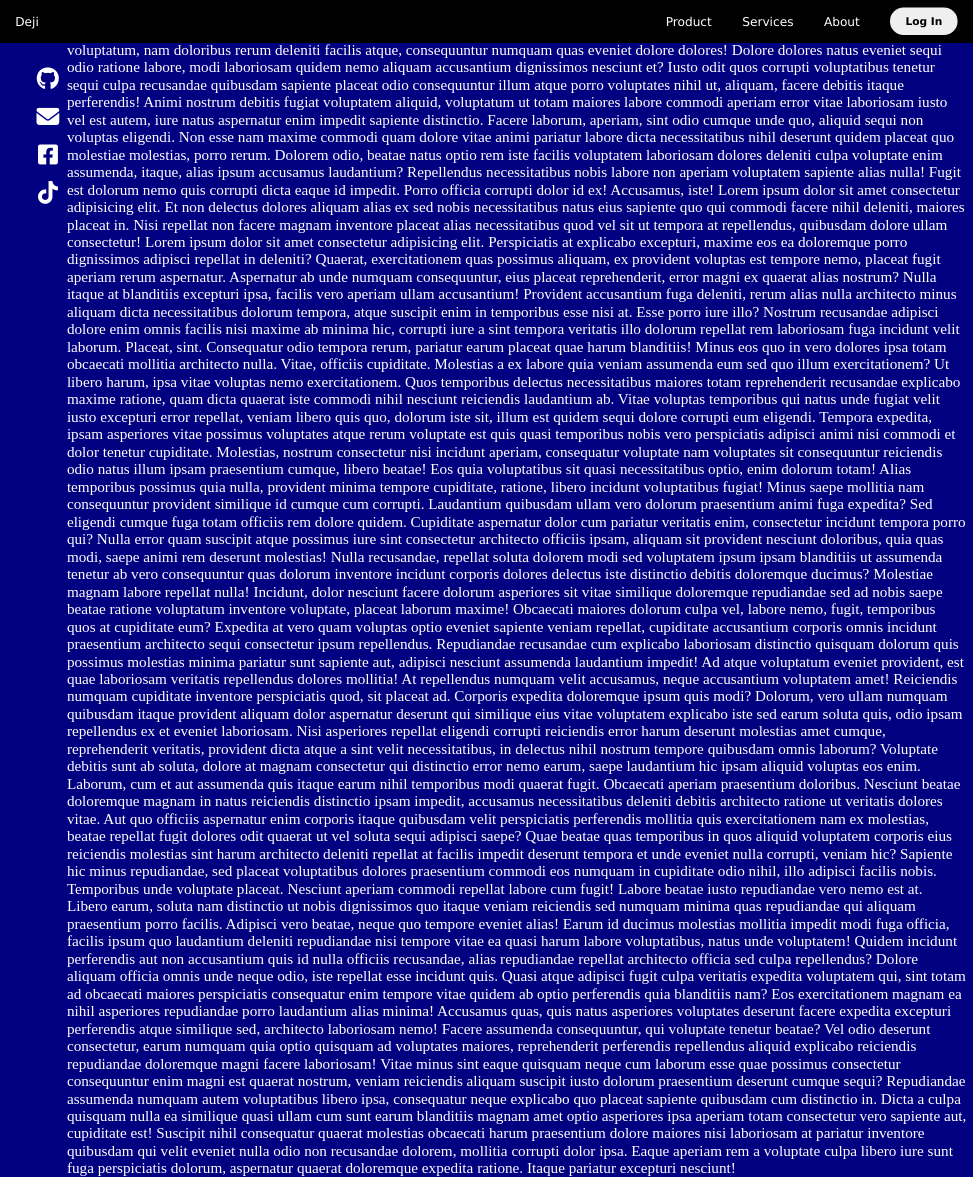
Repository: imokha01/Flexbox-and-Position-Example
Page: index.html
These files come from the project's save history. The page is drawn as it stood at one moment and after the next save; the edit follows.
The browser window is 1280 px wide. The pictures show the whole page, at 76% of full size.

Above is the page before, as saved 2023-11-21 17:23:38.

After the next save:
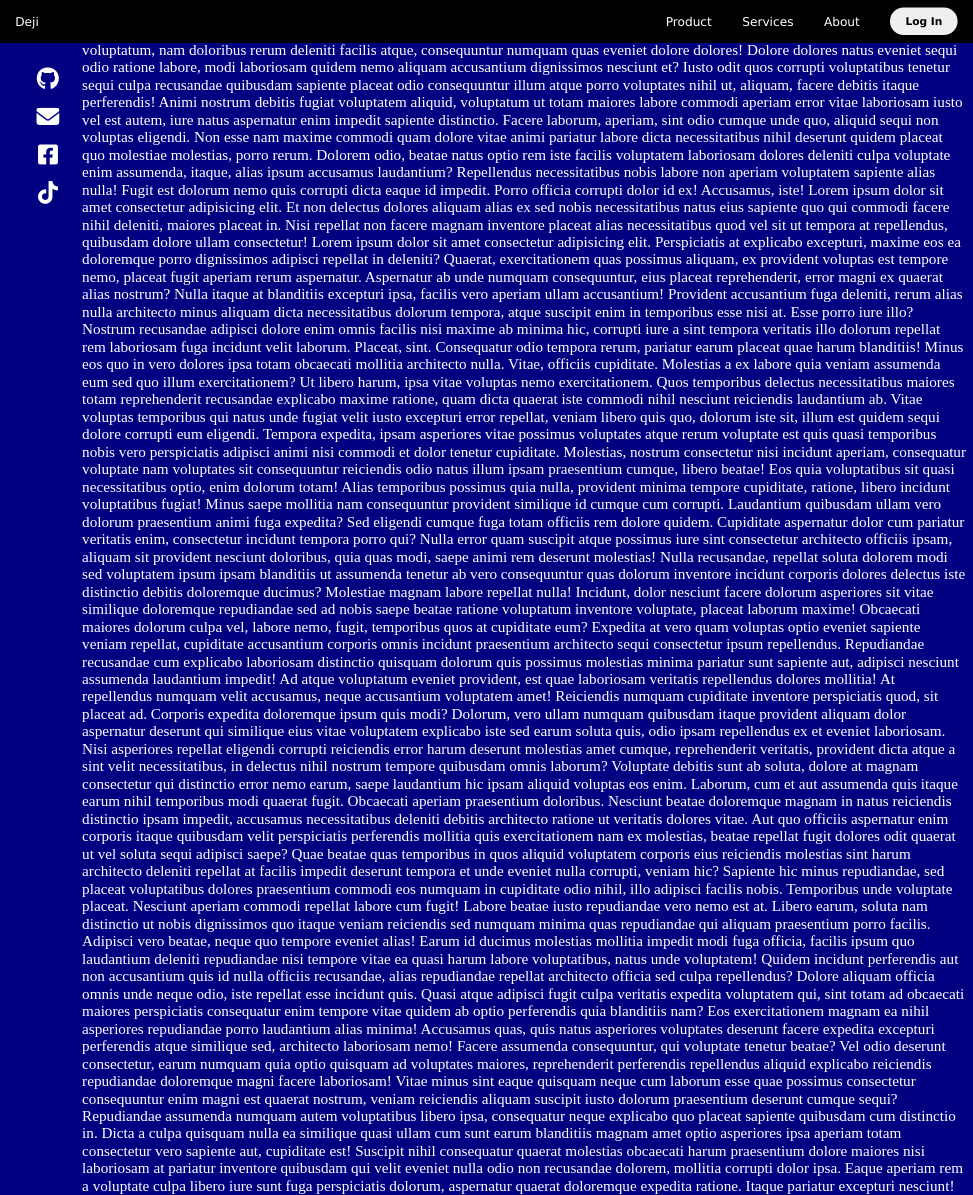
Saved 15 s later.
--- a/index.css
+++ b/index.css
@@ -82,6 +82,6 @@
 .para {
     font-size: 20px;
     color: white;
-    margin-left: 80px;
+    margin-left: 100px;
     display: flex;
 }
